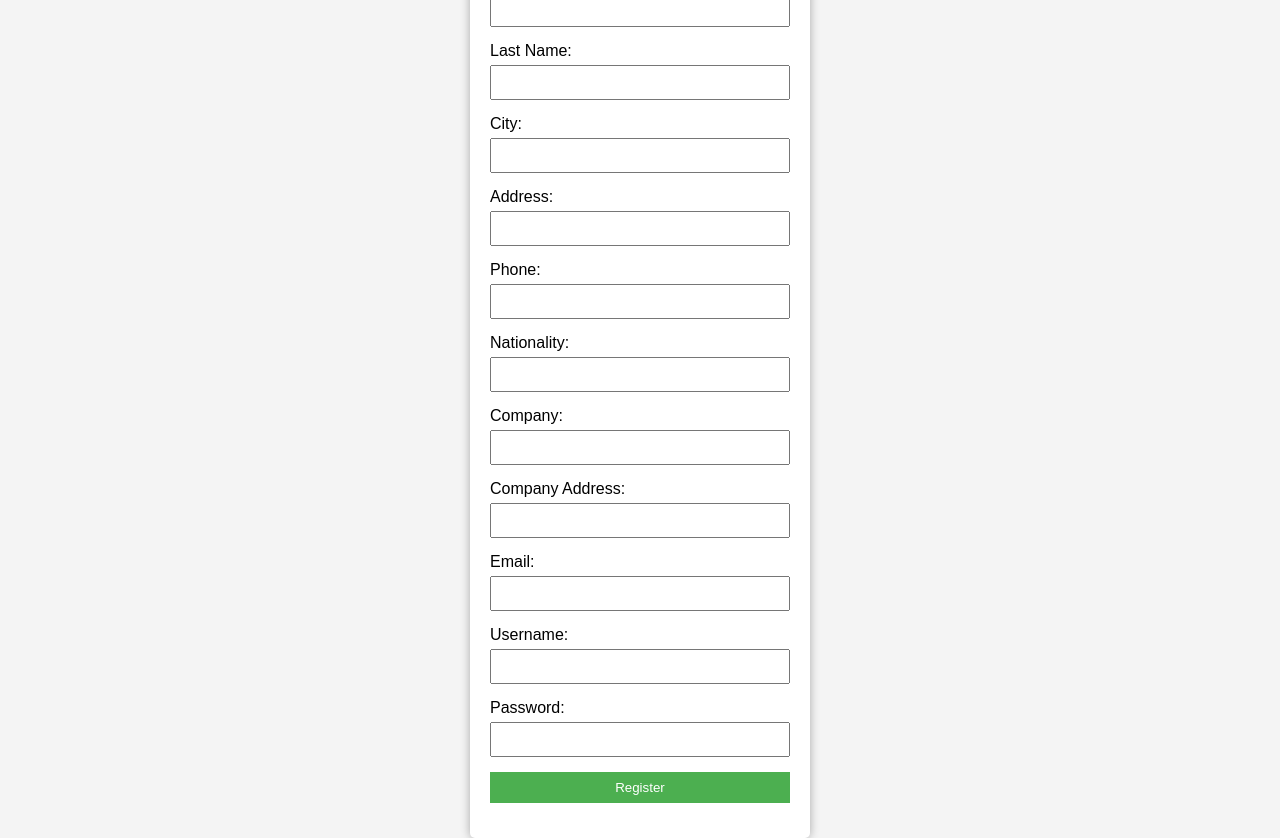
Repository: ITpatrick1/Accommodation-System
Page: http://localhost/register_guest.php
The author's editor kept a copy of each file at every save. The page is drawn from the files as they stood at one save, then again after a run of saves.
The browser window is 1280 px wide. The pictures show the whole page.
The page is run by PHP 8.4 with error messages shown; the project is at /var/www/html/.

Above is the page before, as saved 2024-08-19 10:50:09.

### register_guest.php
<?php
// Database connection
$servername = "localhost";
$username = "root"; // Your database username
$password = ""; // Your database password
$dbname = "dragonhousedb"; // Your database name

$conn = new mysqli($servername, $username, $password, $dbname);

// Check connection
if ($conn->connect_error) {
    die("Connection failed: " . $conn->connect_error);
}

// Check if form is submitted
if ($_SERVER["REQUEST_METHOD"] == "POST") {
    $G_FNAME = $conn->real_escape_string($_POST['G_FNAME']);
    $G_LNAME = $conn->real_escape_string($_POST['G_LNAME']);
    $G_CITY = $conn->real_escape_string($_POST['G_CITY']);
    $G_ADDRESS = $conn->real_escape_string($_POST['G_ADDRESS']);
    $G_PHONE = $conn->real_escape_string($_POST['G_PHONE']);
    $G_NATIONALITY = $conn->real_escape_string($_POST['G_NATIONALITY']);
    $G_EMAIL = $conn->real_escape_string($_POST['G_EMAIL']);
    $G_UNAME = $conn->real_escape_string($_POST['G_UNAME']);
    $G_PASS = sha1($conn->real_escape_string($_POST['G_PASS'])); // Hash the password

    $sql = "INSERT INTO tblguest (G_FNAME, G_LNAME, G_CITY, G_ADDRESS, G_PHONE, G_NATIONALITY, G_EMAIL, G_UNAME, G_PASS)
            VALUES ('$G_FNAME', '$G_LNAME', '$G_CITY', '$G_ADDRESS', '$G_PHONE', '$G_NATIONALITY', '$G_EMAIL', '$G_UNAME', '$G_PASS')";

    if ($conn->query($sql) === TRUE) {
        header('location: index.php');
        // echo "<p style='color: green;'>Registration successful!</p>";
    } else {
        echo "<p style='color: red;'>Error: " . $sql . "<br>" . $conn->error . "</p>";
    }
}

$conn->close();
?>

<!DOCTYPE html>
<html lang="en">
<head>
    <meta charset="UTF-8">
    <meta name="viewport" content="width=device-width, initial-scale=1.0">
    <title>Registration Page</title>
    <style>
        body {
            font-family: Arial, sans-serif;
            background-color: #f4f4f4;
            margin: 0;
            padding: 0;
            display: flex;
            justify-content: center;
            align-items: center;
            height: 100vh;
        }
        .registration-form {
            background-color: #ffffff;
            padding: 20px;
            border-radius: 5px;
            box-shadow: 0px 0px 10px 0px #00000050;
            width: 300px;
        }
        .registration-form h2 {
            text-align: center;
            margin-bottom: 20px;
        }
        .form-group {
            margin-bottom: 15px;
        }
        .form-group label {
            display: block;
            margin-bottom: 5px;
        }
        .form-group input {
            width: 100%;
            padding: 8px;
            box-sizing: border-box;
        }
        .form-group input[type="submit"] {
            background-color: #4CAF50;
            color: white;
            border: none;
            cursor: pointer;
        }
        .form-group input[type="submit"]:hover {
            background-color: #45a049;
        }
    </style>
</head>
<body>
    <div class="registration-form">
        <h2>Register</h2>
        <form action="" method="post">
            <div class="form-group">
                <label for="G_FNAME">First Name:</label>
                <input type="text" id="G_FNAME" name="G_FNAME" required>
            </div>
            <div class="form-group">
                <label for="G_LNAME">Last Name:</label>
                <input type="text" id="G_LNAME" name="G_LNAME" required>
            </div>
            <div class="form-group">
                <label for="G_CITY">City:</label>
                <input type="text" id="G_CITY" name="G_CITY" required>
            </div>
            <div class="form-group">
                <label for="G_ADDRESS">Address:</label>
                <input type="text" id="G_ADDRESS" name="G_ADDRESS" required>
            </div>

            <div class="form-group">
                <label for="G_PHONE">Phone:</label>
                <input type="text" id="G_PHONE" name="G_PHONE" required>
            </div>
            <div class="form-group">
                <label for="G_NATIONALITY">Nationality:</label>
                <input type="text" id="G_NATIONALITY" name="G_NATIONALITY" required>
            </div>
            <div class="form-group">
                <label for="G_COMPANY">Company:</label>
                <input type="text" id="G_COMPANY" name="G_COMPANY" required>
            </div>
            <div class="form-group">
                <label for="G_CADDRESS">Company Address:</label>
                <input type="text" id="G_CADDRESS" name="G_CADDRESS" required>
            </div>
            <div class="form-group">
                <label for="G_EMAIL">Email:</label>
                <input type="email" id="G_EMAIL" name="G_EMAIL" required>
            </div>
            <div class="form-group">
                <label for="G_UNAME">Username:</label>
                <input type="text" id="G_UNAME" name="G_UNAME" required>
            </div>
            <div class="form-group">
                <label for="G_PASS">Password:</label>
                <input type="password" id="G_PASS" name="G_PASS" required>
            </div>
            <div class="form-group">
                <input type="submit" value="Register">
            </div>
        </form>
    </div>
</body>
</html>

After the next 2 saves:
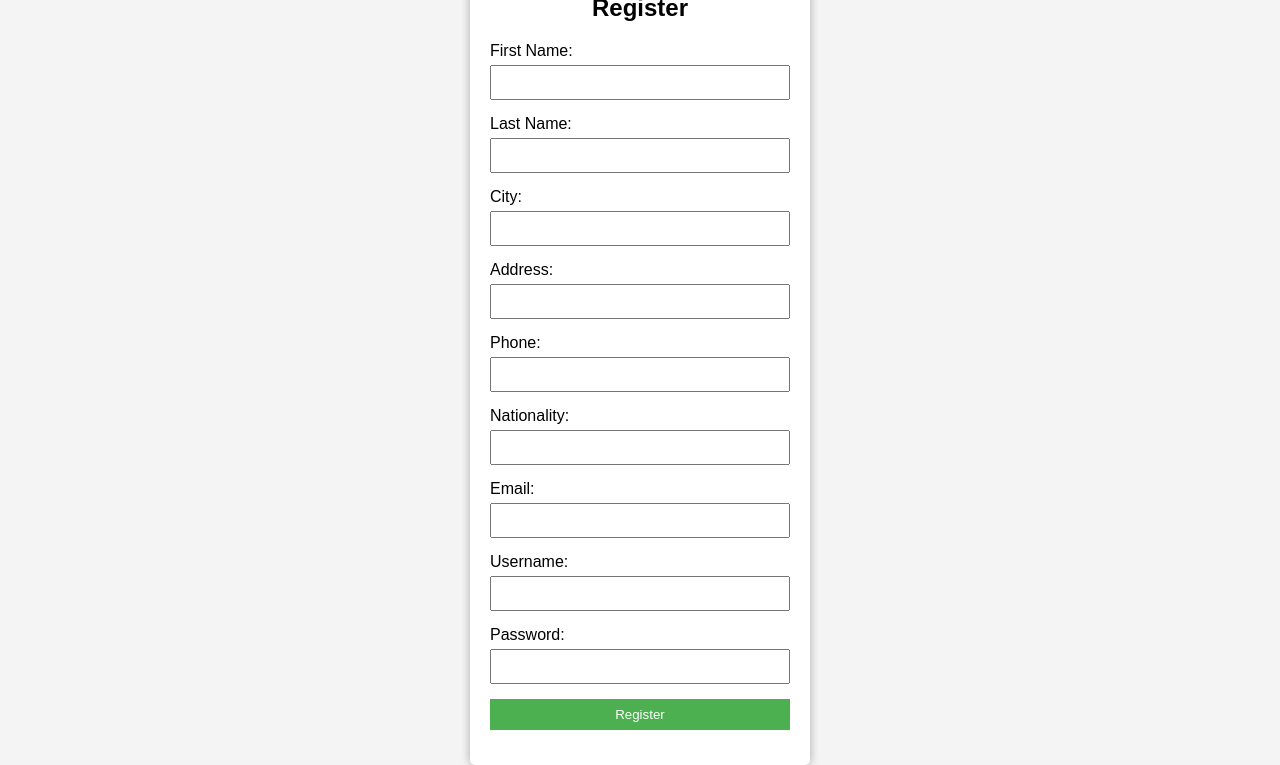
The 2 saves are shown as one change because they came seconds apart.
The last was saved 12 s later.
--- a/register_guest.php
+++ b/register_guest.php
@@ -119,14 +119,6 @@ $conn->close();
                 <input type="text" id="G_NATIONALITY" name="G_NATIONALITY" required>
             </div>
             <div class="form-group">
-                <label for="G_COMPANY">Company:</label>
-                <input type="text" id="G_COMPANY" name="G_COMPANY" required>
-            </div>
-            <div class="form-group">
-                <label for="G_CADDRESS">Company Address:</label>
-                <input type="text" id="G_CADDRESS" name="G_CADDRESS" required>
-            </div>
-            <div class="form-group">
                 <label for="G_EMAIL">Email:</label>
                 <input type="email" id="G_EMAIL" name="G_EMAIL" required>
             </div>
